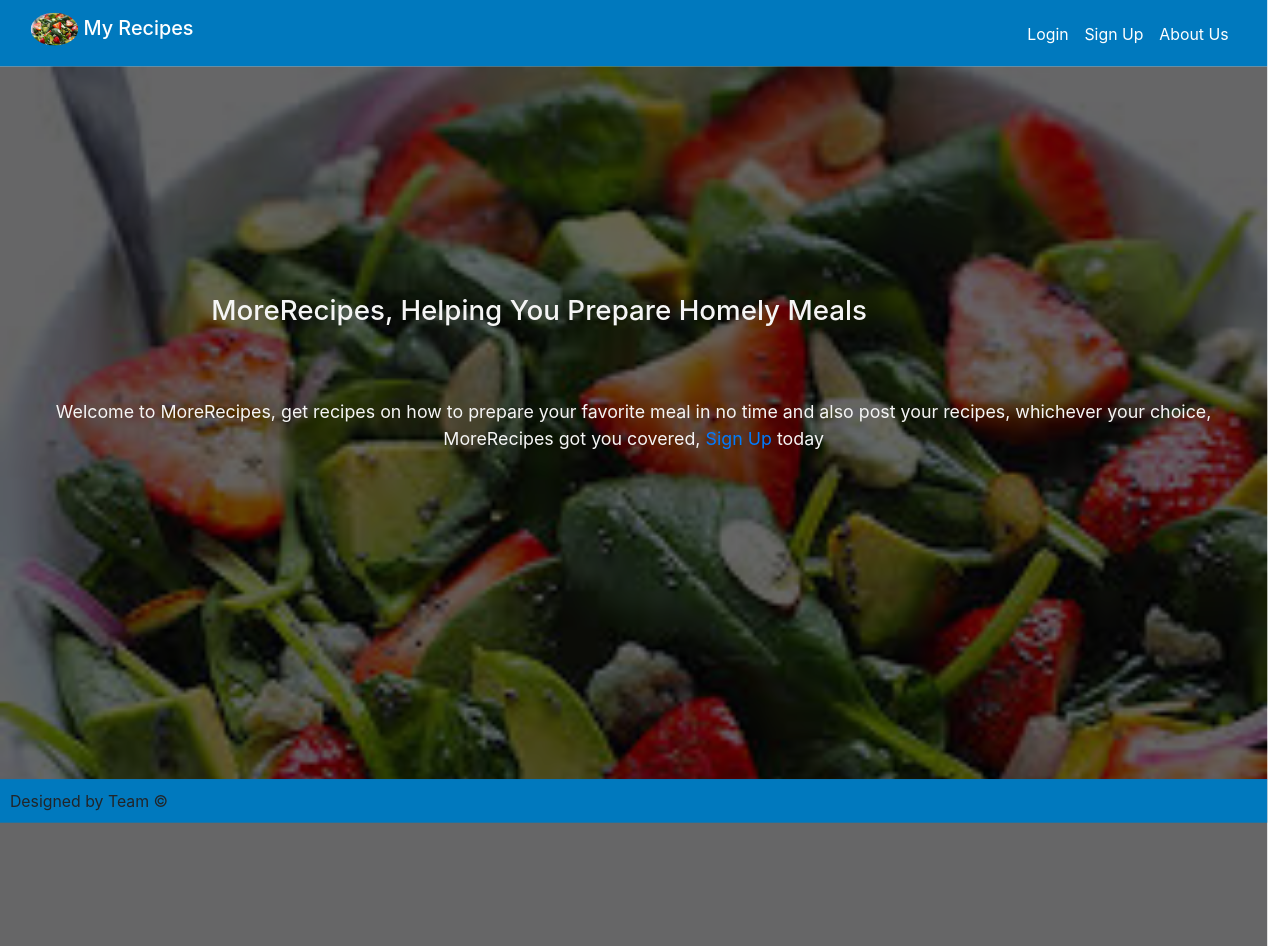
Repository: UggoPrince/more-recipes
Page: html/index.html
The author's editor kept a copy of each file at every save. The page is drawn from the files as they stood at one save, then again after the next save.
The browser window is 1280 px wide. The page is 1285 px wide, so the pictures cover 1285 px, including what lies to the right of the window. The pictures show the whole page, at 99% of full size.

Above is the page before, as saved 2018-07-30 07:25:13.

### html/index.html
<html lang="en">
<head>
  <meta charset="UTF-8">
  <meta name="viewport" content="width=device-width, initial-scale=1.0">
  <meta http-equiv="X-UA-Compatible" content="ie=edge">
  <link rel="stylesheet" href="https://maxcdn.bootstrapcdn.com/bootstrap/4.0.0/css/bootstrap.min.css" integrity="sha384-Gn5384xqQ1aoWXA+058RXPxPg6fy4IWvTNh0E263XmFcJlSAwiGgFAW/dAiS6JXm" crossorigin="anonymous"/>
  <style>
    main {
      background-color: rgba(0, 0, 3, 0.6);
      color: whitesmoke;
    }
    div#content {
      background-size: 100vw;
      background-repeat: no-repeat;
      background-image: url(../img/nav-image.jpg);
      background-size: cover;
      height: 100vh;
      background-repeat: no-repeat;
    }
    nav {
      background-color: #0079be;
      color: white;
    }
    .nav-link {
      color: white;
    }
  </style>
  <title>My Recipes Homepage</title>
</head>
<body>
  <nav class="xnav navbar navbar-expand-lg">
    <div class="container-fluid">
      <h3 style="color: white;" class="navbar-brand">
        <img class="rounded-circle" src="../img/nav-image.jpg" style="width: 48px;" alt="logo"/>
        My Recipes
      </h3>
      <button class="navbar-toggler" type="button" data-toggle="collapse" aria-controls="navDropdown" aria-expanded="false" aria-label="Toggle Navigation" data-target="#navDropdown" >
        <span class="navbar-toggler-icon"></span>
      </button>
      <div class="collapse navbar-collapse justify-content-end brand-anchor" id="navDropdown">
        <ul class="navbar-nav">
          <li class="nav-item">
            <a class="nav-link" href="login.html">Login</a>
          </li>
          <li class="nav-item">
            <a class="nav-link" href="signup.html">Sign Up</a>
          </li>
          <li class="nav-item">
            <a class="nav-link" href="about.html">About Us</a>
          </li>
        </ul>
      </div>
    </div>
  </nav>
  <div id="content">
    <main class="container-fluid">
      <div class="row">
        <div class="offset-2 col-8;" style="margin-top: 18%;">
            <h3>MoreRecipes, Helping You Prepare Homely Meals</h3>
        </div>
      </div>
      <center>
        <div style="padding-top: 5%; padding-bottom: 40%; font-size: 18px;">
          Welcome to MoreRecipes, get recipes on how to prepare your favorite meal in no time and also post your recipes, whichever your choice, MoreRecipes got you covered, <a href="signup.html">Sign Up</a> today
        </div>
      </center>
    </main>
  </div>
  <footer class="container-fluid" style="background-color: #0079be; padding: 10px;">
    <div class="row">
      <div class="col-4">Designed by Team &copy;</div>
    </div>
  </footer>
</body>
</html>

After the next save:
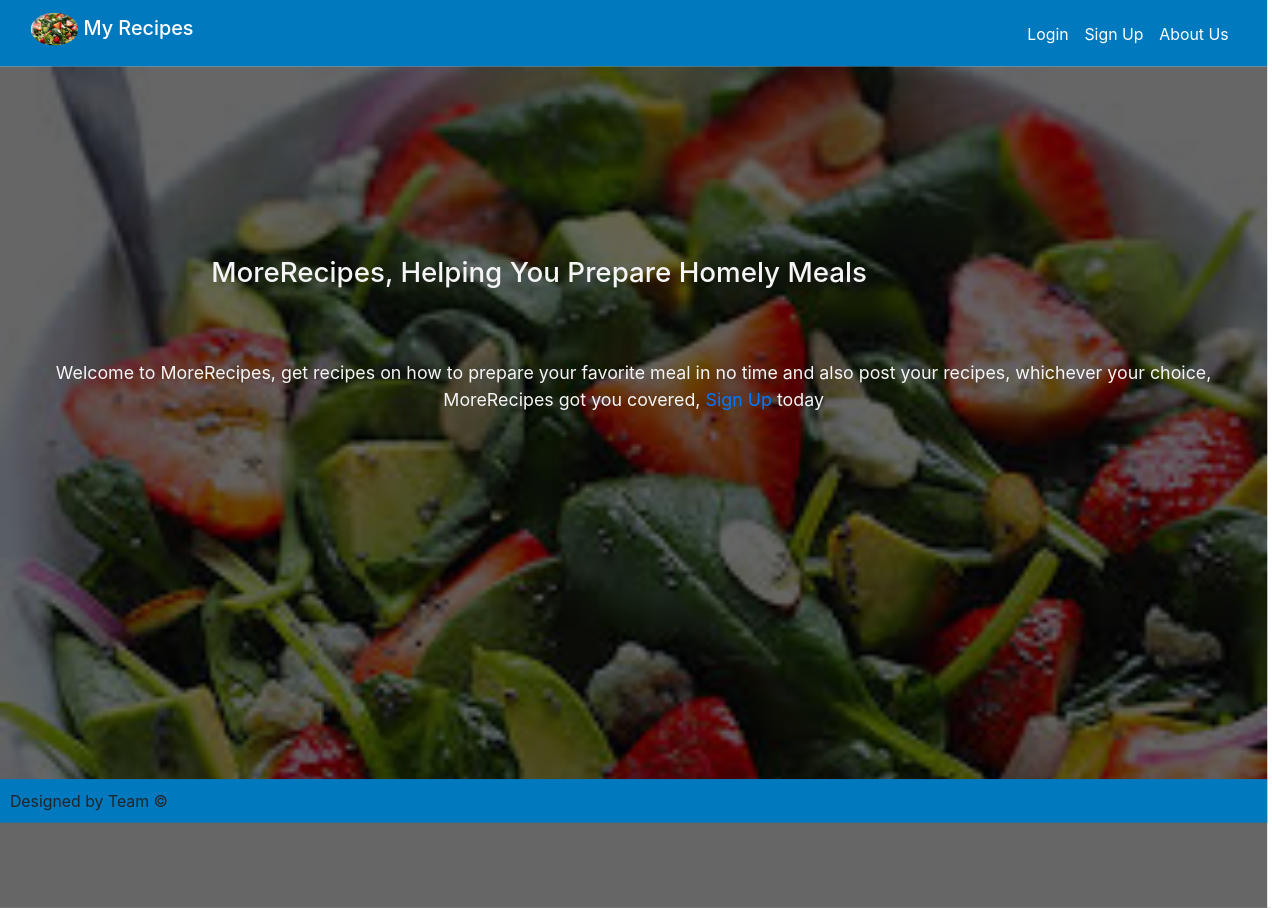
Saved 11 s later.
--- a/html/index.html
+++ b/html/index.html
@@ -55,7 +55,7 @@
   <div id="content">
     <main class="container-fluid">
       <div class="row">
-        <div class="offset-2 col-8;" style="margin-top: 18%;">
+        <div class="offset-2 col-8;" style="margin-top: 15%;">
             <h3>MoreRecipes, Helping You Prepare Homely Meals</h3>
         </div>
       </div>
